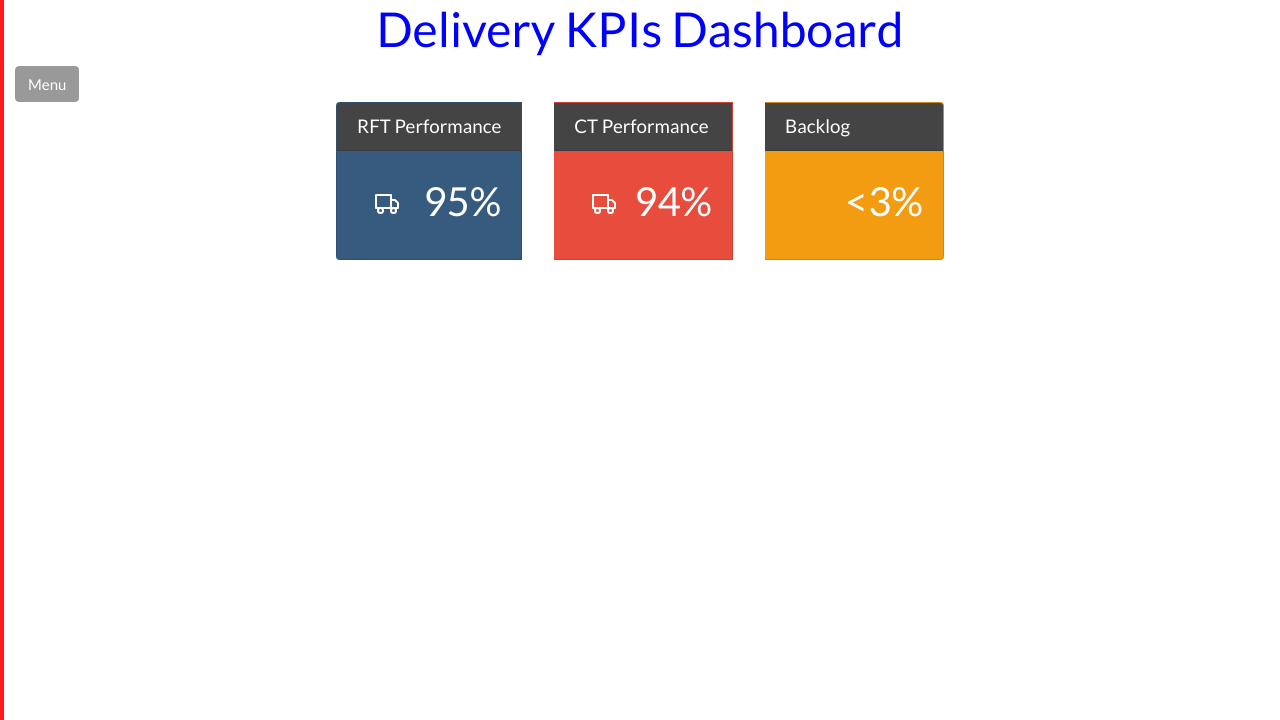
Repository: valenovi76/Delivery-Dashboard
Page: Index.html
The author's editor kept a record of every edit. The page is drawn from the files as they stood at one moment, then again after the next edit.
The browser window is 1280 px wide. The pictures show the whole page.
Some icons come from a web library that is not loaded, so they are not drawn. Some web libraries are served in a nearby version.

Above is the page before.
Console error: TypeError: Cannot read properties of null (reading 'textContent')

After the next edit:
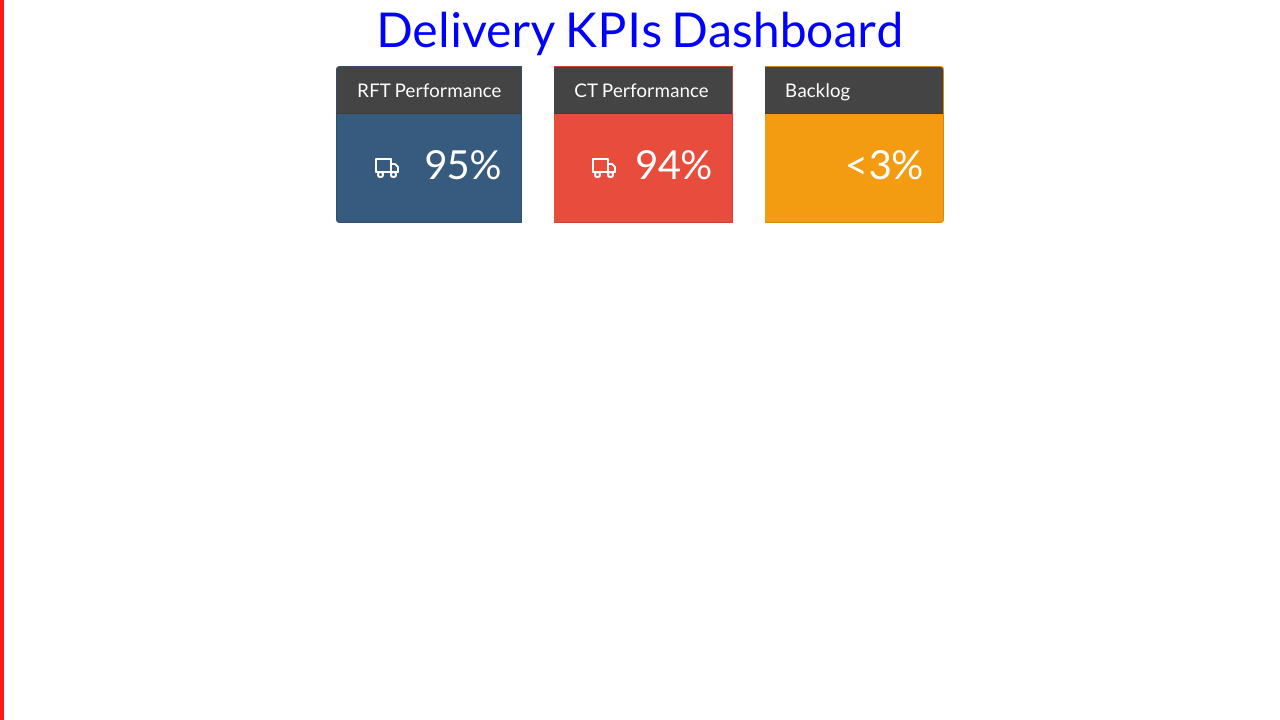
The edit:
--- a/Index.html
+++ b/Index.html
@@ -41,7 +41,7 @@
                 </div>
                 <div class="row">
                     <div class="col-lg-12">
-                            <a href="#" class="btn btn-light" id="menu-toggle">Menu</a>
+
 
                             <div class="row">
                               <div class="card-group mx-auto">
